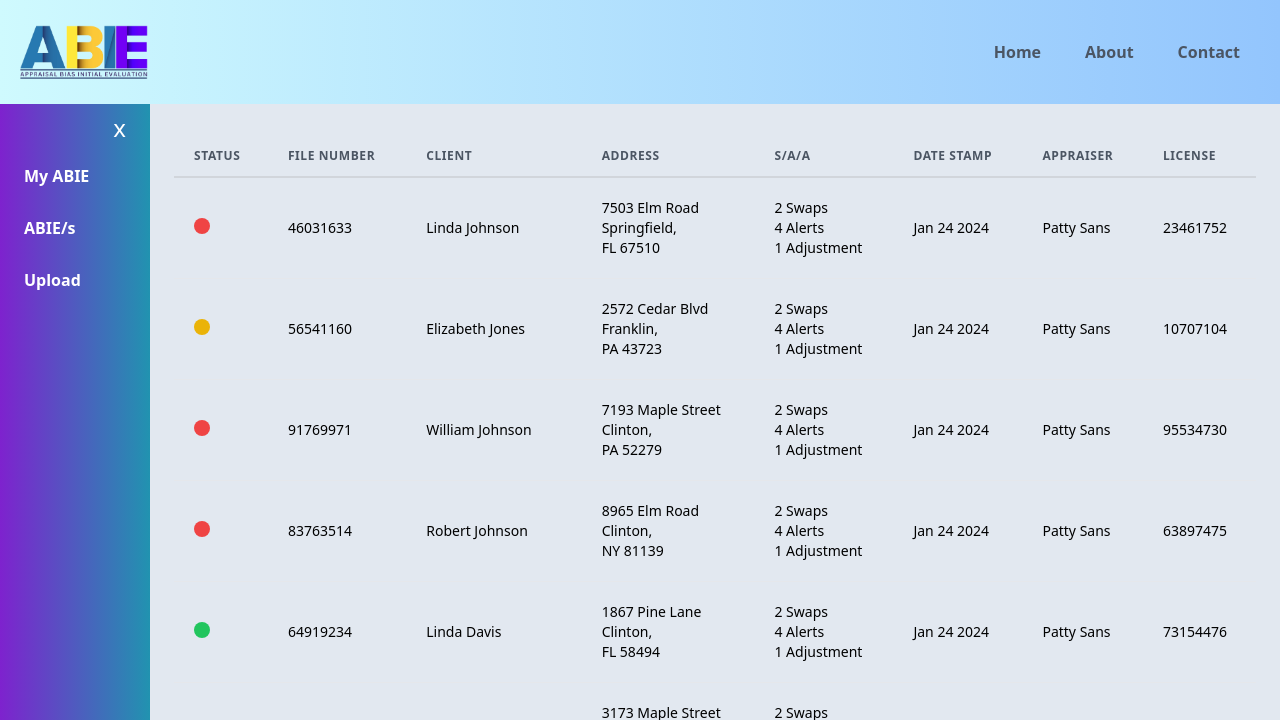
Repository: WafulaLukorito/Abie-frontend
Page: /dashboard
These files come from the project's save history. The page is drawn as it stood at one moment and after the next save; the edit follows.
The browser window is 1280 px wide. The pictures show the whole page.
An inner scrolling area shows only its first screen. The project was rebuilt for these pictures with package versions that can differ from the ones it lists, and the page was loaded fresh each time. Also part of the build but not shown: vite.config.js, src/components/Header/Button.jsx, src/components/Header/Links.jsx, src/components/Header/index.jsx, src/pages/Home.jsx, src/pages/About.jsx.

Above is the page before, as saved 2024-01-26 19:00:32.

After the next save:
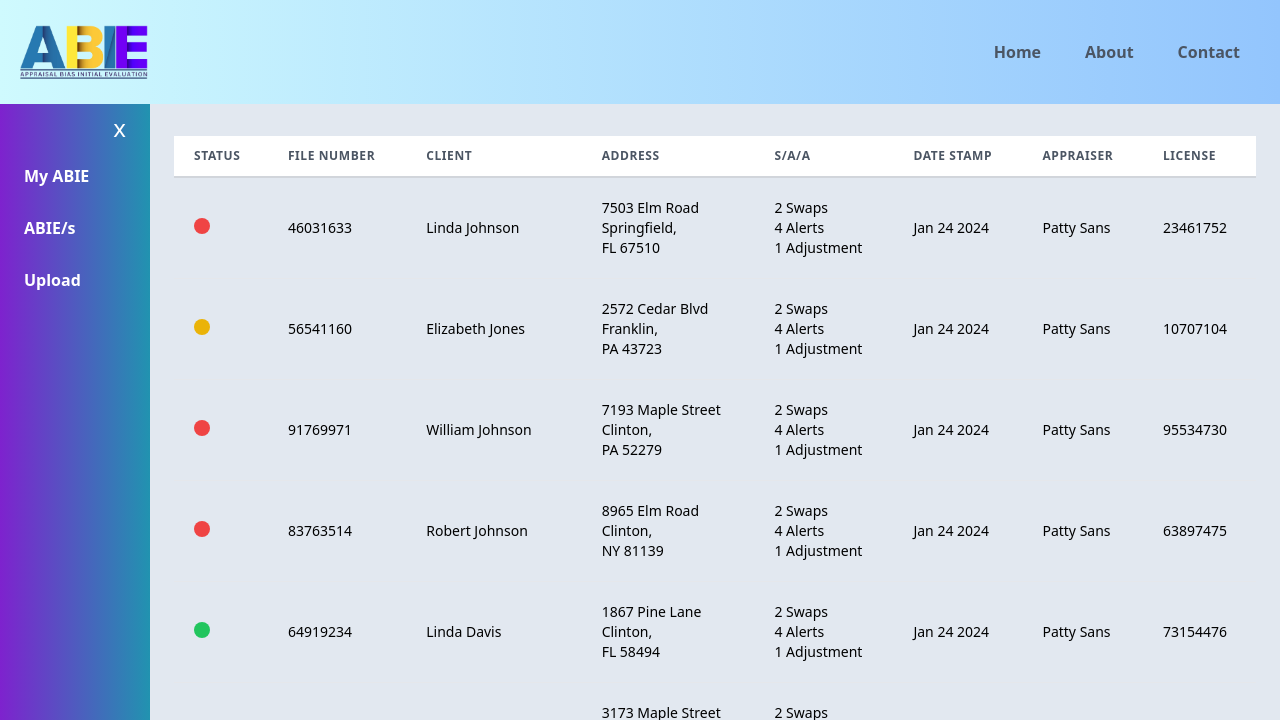
Saved 4 min 30 s later.
--- a/src/pages/Dashboard.jsx
+++ b/src/pages/Dashboard.jsx
@@ -20,7 +20,7 @@
                 <main className={`flex-1 overflow-x-hidden overflow-y-auto ${isSidebarOpen ? 'ml-[150px]' : 'ml-0'}`}>
                 <div className="container mx-auto px-6 py-8">
                  <table className="min-w-full leading-normal">
-                            <thead>
+                            <thead className="sticky top-0 bg-white">
                                 <tr>
                                     <th className="px-5 py-3 border-b-2 border-gray-300 text-left text-xs font-semibold text-gray-600 uppercase tracking-wider">Status</th>
                                     <th className="px-5 py-3 border-b-2 border-gray-300 text-left text-xs font-semibold text-gray-600 uppercase tracking-wider">File Number</th>

After the save that followed:
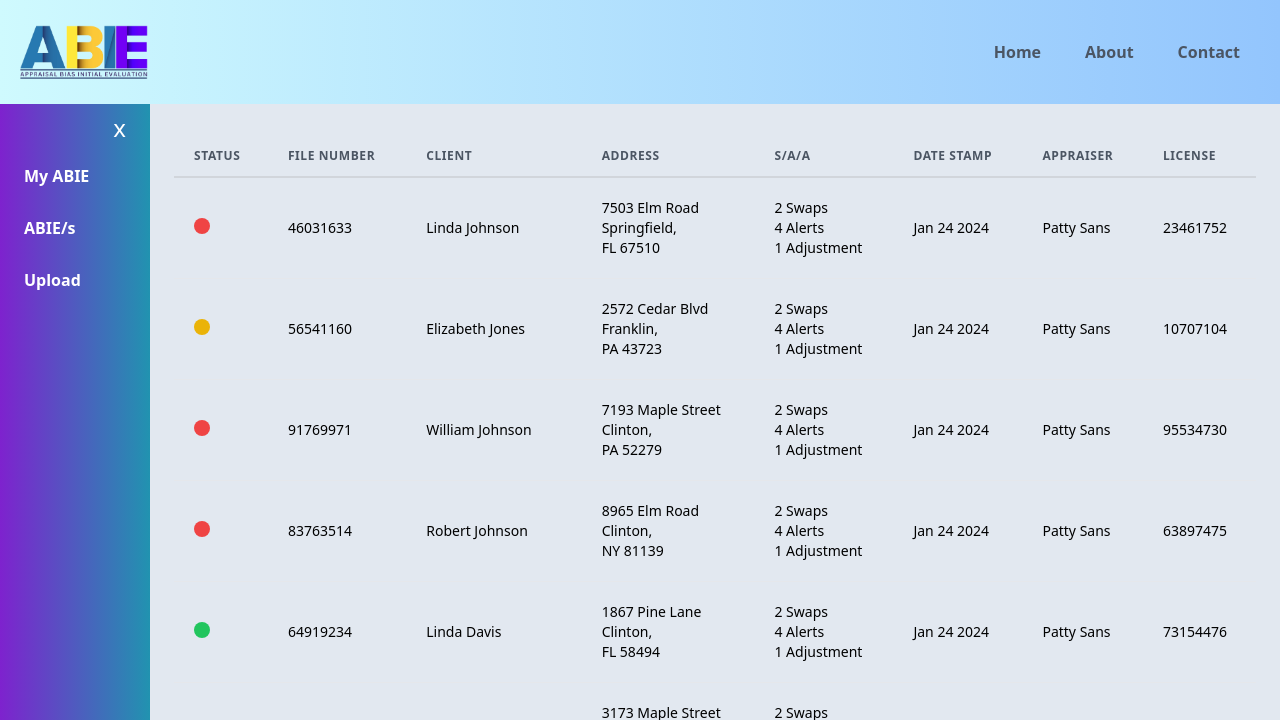
Saved 54 s later.
--- a/src/pages/Dashboard.jsx
+++ b/src/pages/Dashboard.jsx
@@ -20,7 +20,7 @@
                 <main className={`flex-1 overflow-x-hidden overflow-y-auto ${isSidebarOpen ? 'ml-[150px]' : 'ml-0'}`}>
                 <div className="container mx-auto px-6 py-8">
                  <table className="min-w-full leading-normal">
-                            <thead className="sticky top-0 bg-white">
+                            <thead className="sticky top-0">
                                 <tr>
                                     <th className="px-5 py-3 border-b-2 border-gray-300 text-left text-xs font-semibold text-gray-600 uppercase tracking-wider">Status</th>
                                     <th className="px-5 py-3 border-b-2 border-gray-300 text-left text-xs font-semibold text-gray-600 uppercase tracking-wider">File Number</th>
